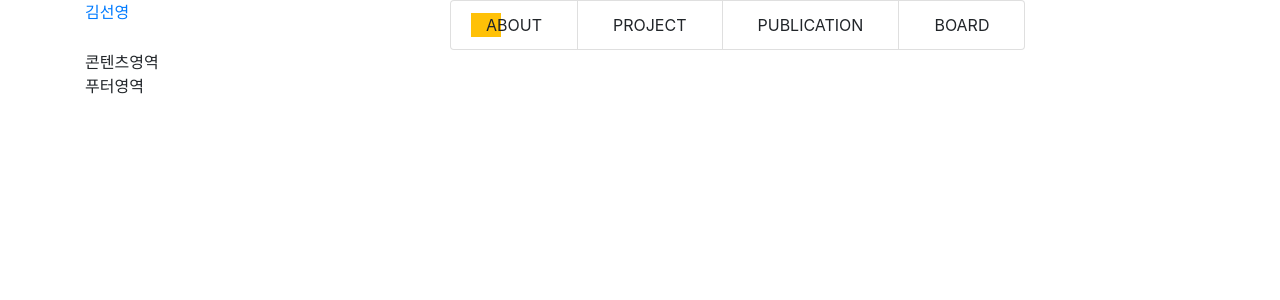
Repository: supremest35/web-projects
Page: http://localhost/noticeboard/
The author's editor kept a copy of each file at every save. The page is drawn from the files as they stood at one save, then again after the next save.
The browser window is 1280 px wide. The pictures show the whole page.
The page is served by Tomcat 9. Other server files are loaded and not shown.

Above is the page before, as saved 2020-12-06 03:05:53.

### noticeboard/WebContent/index.jsp
<%@ page language="java" contentType="text/html; charset=UTF-8"
    pageEncoding="UTF-8"%>
<!DOCTYPE html>
<html lang="ko">
<head>
  <title>김선영 홈페이지</title>
  <meta charset="utf-8">
  <meta name="viewport" content="width=device-width, initial-scale=1">
  <link rel="stylesheet" href="https://maxcdn.bootstrapcdn.com/bootstrap/4.5.2/css/bootstrap.min.css">
  <script src="https://ajax.googleapis.com/ajax/libs/jquery/3.5.1/jquery.min.js"></script>
  <script src="https://cdnjs.cloudflare.com/ajax/libs/popper.js/1.16.0/umd/popper.min.js"></script>
  <script src="https://maxcdn.bootstrapcdn.com/bootstrap/4.5.2/js/bootstrap.min.js"></script>
</head>
<body>
<div class="container">
	<div class="row">
		<div class="col-2"><a href="index.jsp">김선영</a></div>
		<div class="col-2"></div>
		<ul class="list-group list-group-horizontal list-active list-hover">
			<li class="list-group-item"><div class="col-2 bg-warning">ABOUT</div></li>
			<li class="list-group-item"><div class="col-2">PROJECT</div></li>
			<li class="list-group-item"><div class="col-2">PUBLICATION</div></li>
			<li class="list-group-item"><div class="col-2">BOARD</div></li>
		</ul>



	</div>
	<div class="row">
		<div class="col-12">콘텐츠영역</div>
	</div>
	<div class="row">
		<div class="col-12">푸터영역</div>
	</div>
</div>
</body>
</html>

After the next save:
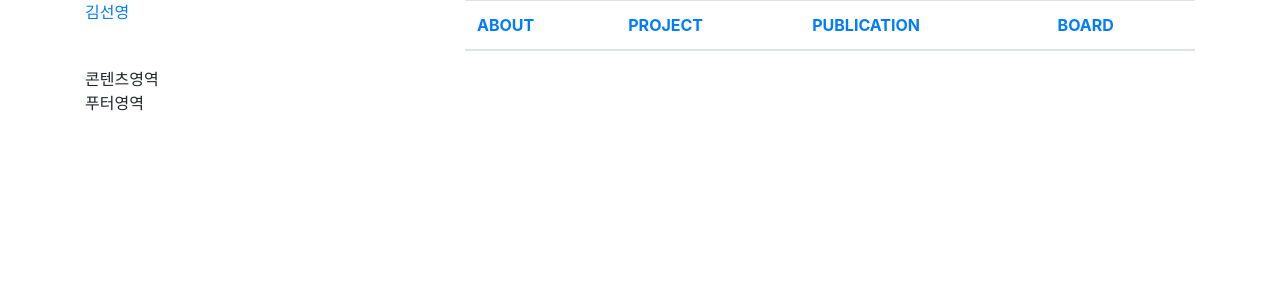
Saved 4 min 30 s later.
--- a/noticeboard/WebContent/index.jsp
+++ b/noticeboard/WebContent/index.jsp
@@ -16,12 +16,18 @@
 	<div class="row">
 		<div class="col-2"><a href="index.jsp">김선영</a></div>
 		<div class="col-2"></div>
-		<ul class="list-group list-group-horizontal list-active list-hover">
-			<li class="list-group-item"><div class="col-2 bg-warning">ABOUT</div></li>
-			<li class="list-group-item"><div class="col-2">PROJECT</div></li>
-			<li class="list-group-item"><div class="col-2">PUBLICATION</div></li>
-			<li class="list-group-item"><div class="col-2">BOARD</div></li>
-		</ul>
+		<div class="col-8">
+			<table class="table table-hover">
+				<thead>
+					<tr>
+						<th><a href="">ABOUT</a></th>
+						<th><a href="">PROJECT</a></th>
+						<th><a href="">PUBLICATION</a></th>
+						<th><a href="">BOARD</a></th>
+					</tr>
+				</thead>
+			</table>
+		</div>
 
 
 
